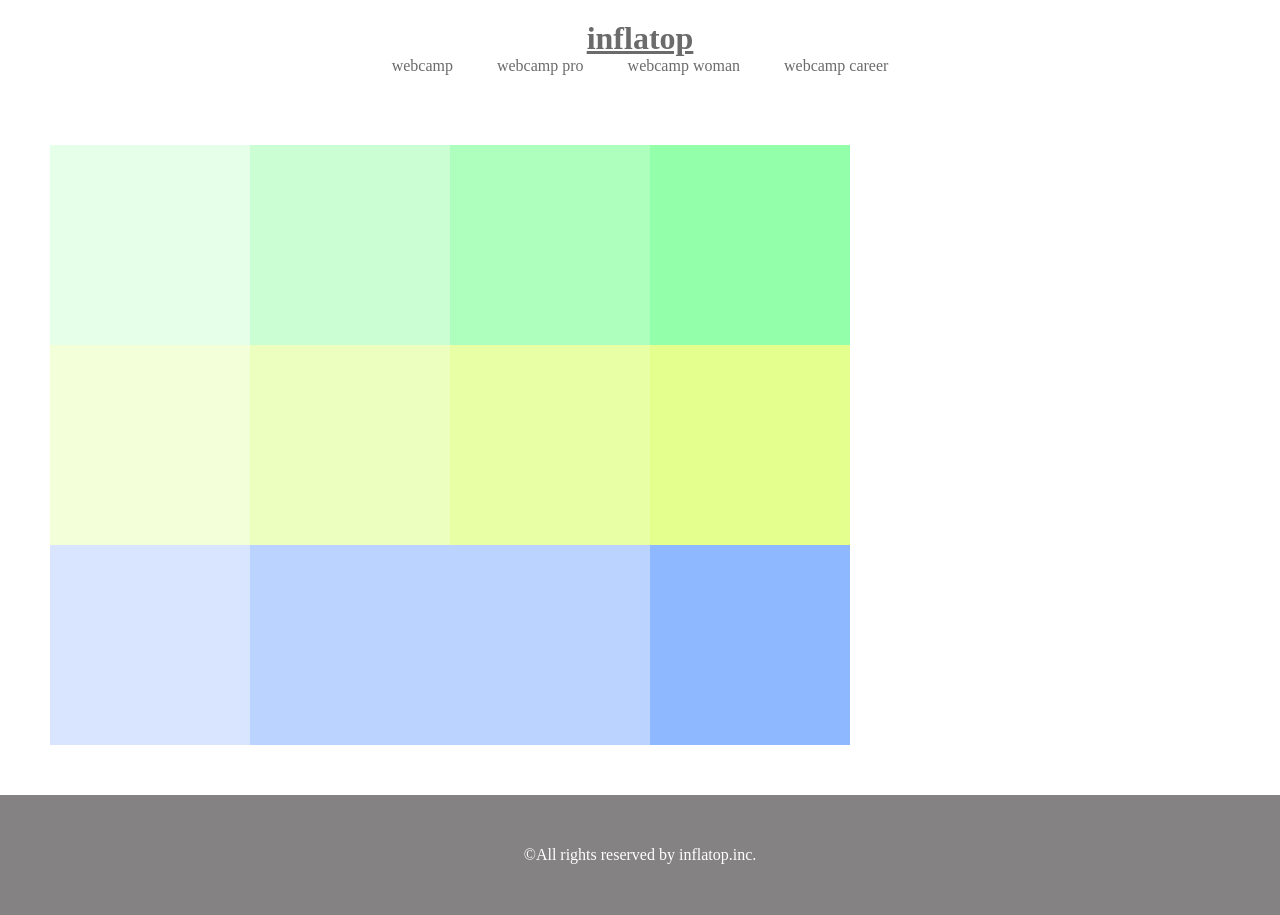
Repository: sunny0105yoko/bookers2-debug
Page: excise5/index.html
The author's editor kept a record of every edit. The page is drawn from the files as they stood at one moment, then again after the next edit.
The browser window is 1280 px wide. The pictures show the whole page.

Above is the page before.

### excise5/index.html
<!DOCTYPE html><!DOCTYPE html>
<html lang="ja">
  <head>
    <meta charset="UTF-8" />
    <link rel="stylesheet" href="style.css" />
    <title>Excise5</title>
  </head>

  <header>
    <h1 class="heading">
      <a href="https://web-camp.online/lesson/curriculums/283/contents/2682">
        inflatop
      </a>
    </h1>
    <nav>
      <ul class="nav-list">
        <li class="nav-list-item">webcamp</li>
        <li class="nav-list-item">webcamp pro</li>
        <li class="nav-list-item">webcamp woman</li>
        <li class="nav-list-item">webcamp career</li>
      </ul>
    </nav>
  </header>

  <body>
    <div class="flex">
     <div class="flex-box1"></div>
     <div class="flex-box2"></div>
     <div class="flex-box3"></div>
     <div class="flex-box4"></div>
     <div class="flex-box5"></div>
     <div class="flex-box6"></div>
     <div class="flex-box7"></div>
     <div class="flex-box8"></div>
     <div class="flex-box9"></div>
     <div class="flex-box10"></div>
     <div class="flex-box11"></div>
     <div class="flex-box12"></div>
    </div>

    <footer>
      <p class="footer-text">
        ©All rights reserved by inflatop.inc.
      </p>
    </footer>
  </body>
</html>

### excise5/style.css
*{
  margin:0;
  padding: 0;
  box-sizing:border-box;
  color: #6c6b6b;
}

header{
  width: 100%;
  padding-top: 20px;
  padding-bottom: 20px;
  margin:0 auto;
  text-align: center;
}

.nav-list{
  text-align: center;
  padding 15px 0;
}
.nav-list-item{
  list-style: none;
  display:inline-block;
  padding: 0 20px;
}

.flex{
  display: flex;
  flex-wrap: wrap;
  width: 900px;
  padding:50px 0;
  justify-content: center;
}

.flex-box1{
  background-color: #e6ffe9;
  width: 200px;
  height: 200px;
}
.flex-box2{
  background-color: #cbffd3;
  width: 200px;
  height: 200px;
}
.flex-box3{
  background-color: #aeffbd;
  width: 200px;
  height: 200px;
}
.flex-box4{
  background-color: #93ffab;
  width: 200px;
  height: 200px;
}
.flex-box5{
  background-color: #f3ffd8;
  width: 200px;
  height: 200px;
}
.flex-box6{
  background-color: #edffbe;
  width: 200px;
  height: 200px;
}
.flex-box7{
  background-color: #e9ffa5;
  width: 200px;
  height: 200px;
}
.flex-box8{
  background-color: #e4ff8d;
  width: 200px;
  height: 200px;
}
.flex-box9{
  background-color: #d9e5ff;
  width: 200px;
  height: 200px;
}
.flex-box10{
  background-color: #bad3ff;
  width: 200px;
  height: 200px;
}
.flex-box11{
  background-color: #bad3ff;
  width: 200px;
  height: 200px;
}
.flex-box12{
  background-color: #8eb8ff;
  width: 200px;
  height: 200px;
}

footer{
  width: 100%;
  height: 120px;
  text-align: center;
  line-height: 120px;
  background-color: #848282;
}
.footer-text {
  color: #fff;
}

After the next edit:
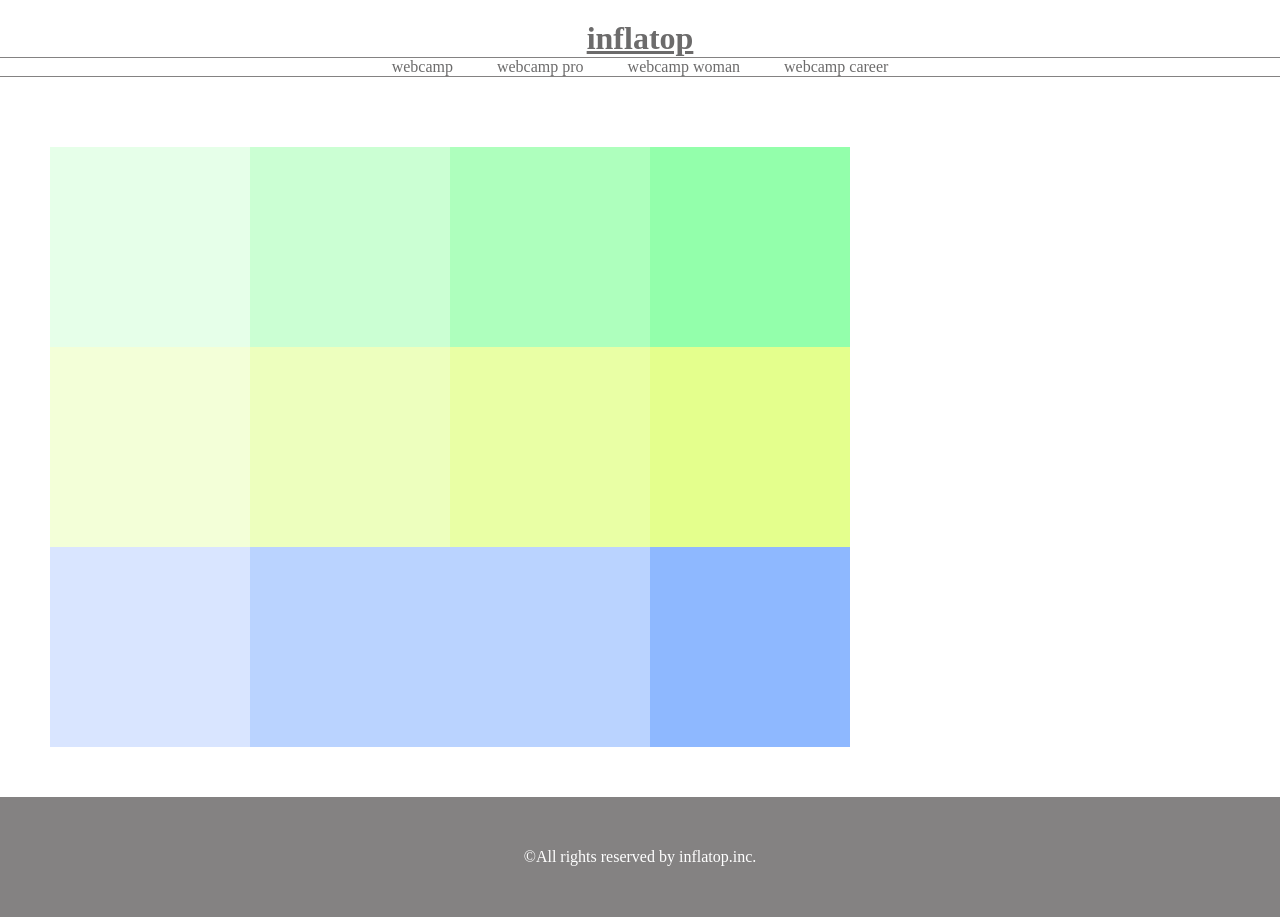
The edit:
--- a/excise5/style.css
+++ b/excise5/style.css
@@ -16,6 +16,9 @@
 .nav-list{
   text-align: center;
   padding 15px 0;
+  border-bottom: 1px solid #848282;
+  border-top: 1px solid #848282;
+  margin:0 auto;
 }
 .nav-list-item{
   list-style: none;
